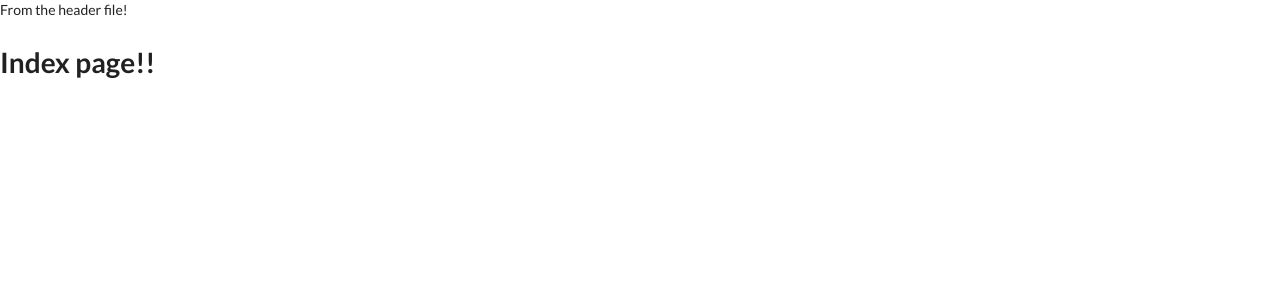
Repository: Nafeek30/WebProjects
Page: http://localhost/blogs
The author's editor kept a record of every edit. The page is drawn from the files as they stood at one moment, then again after the next edit.
The browser window is 1280 px wide. The pictures show the whole page.
The page is served by the project's Node server (RESTfulBlogApp/app.js). Queries for data that is not in the repository find no rows.

Above is the page before.

### Cloud 9 projects/RESTfulBlogApp/views/index.ejs
<!--Page that shows all the blog posts -->

<% include ./partials/header %>

<h1>Index page!!</h1>

<% blogs.forEach(function(blog){ %>
    <div>
        <h2><%=blog.title%></h2>
        <img src="<%= blog.image %>" >
        <span><%= blog.created.toDateString() %></span>
        <p><%= blog.body.substring(0, 100) %> ...</p> <!-- shows the first 100 char in the description on the home page; click read more to see whole post -->
        <a href="/blogs/<%= blog._id %>">Read More</a>
    </div>
<% }); %>


<% include ./partials/footer %>

### Cloud 9 projects/RESTfulBlogApp/views/partials/header.ejs
<html>
    <head>
        <title>Blog App</title>
        <link rel="stylesheet" type="text/css" href="https://cdnjs.cloudflare.com/ajax/libs/semantic-ui/2.4.1/semantic.min.css">
    </head>
    <body>
        <p>From the header file!</p>

### Cloud 9 projects/RESTfulBlogApp/app.js
var express = require("express"),
bodyParser = require("body-parser"),
methodOverride = require("method-override"), //using method override to override for put and delete requests
mongoose = require("mongoose"),
app = express();

// APP CONFIG
mongoose.connect("mongodb://localhost:27017/restful_blog_app", { useNewUrlParser: true });
app.set("view engine", "ejs");
app.use(express.static("public")); //so we can serve our custom stylesheet when we get to that
app.use(bodyParser.urlencoded({extended: true}));
app.use(methodOverride("_method")); //tell our program to use method override and look for the _method keyword in queries to do its work


// MONGOOSE/MODEL/CONFIG
var blogSchema = new mongoose.Schema({
    // Our blog will have a title, image, body and a date
   title: String,
   image: String,
   body: String,
   created: {
       type: Date,
       default: Date.now
   } //created should be a date and the date should be when the blog was created (automatically gets it); can do this for any other attributes as well like image has a default imge if user didn't type anything in
});

var Blog = mongoose.model("Blog", blogSchema);

// Blog.create({
//   title: "Test Blog",
//   image: "https://images.hellogiggles.com/uploads/2016/10/24032646/minions-universal-pictures.jpg",
//   body: "Hello, this is a blog post!"
// });


// RESTFUL ROUTES

app.get("/", function(req, res) {
    res.redirect("/blogs");
});

//INDEX ROUTE - shows all blogs
app.get("/blogs", function(req, res){
   Blog.find({}, function(err, blogs){
       if(err){
           console.log("ERROR!")
       } else {
           res.render("index", {blogs: blogs});
       }
   }) ;
});

//NEW ROUTE - form to create new blog post
app.get("/blogs/new", function(req, res) {
    res.render("new");
});


//CREATE ROUTE - adds nnew blog to DB and redirects to /blogs page to show all blogs including the new one
app.post("/blogs", function(req, res){
   //create blog
   Blog.create(req.body.blog, function(err, newBlog){
      if(err){
          //reload the page
          res.render("new");
      } else {
          //then, redirect to the index
          res.redirect("/blogs");
      }
   });
});


//SHOW ROUTE - show more info about just one blog
app.get("/blogs/:id", function(req, res) {
    // how to get the id in the url right above
    Blog.findById(req.params.id, function(err, foundBlog){
       if(err) {
           res.redirect("/blogs");
       } else {
           res.render("show", {blog: foundBlog});
       }
    });
});

//EDIT ROUTE - show edit form for one blog
app.get("/blogs/:id/edit", function(req, res) {
    //find the blog to edit by its id and load its already existing contents in the for to edit
    Blog.findById(req.params.id, function(err, foundBlog){
       if(err){
           res.redirect("/blogs");
       } else {
           res.render("edit", {blog: foundBlog});
       }
    });
});


//UPDATE ROUTE - updates a particular blog then redirects to SHOW page to show that blog
app.put("/blogs/:id", function(req, res){
//find the blog that the user selected and update it - takes 3 params - id, newData (here blog becasue it has all the contents of the blog), callback function
   Blog.findByIdAndUpdate(req.params.id, req.body.blog, function(err, updatedBlog){
       if(err) {
           res.render("/blogs");
       } else {
           res.redirect("/blogs/" + req.params.id); //takes you to the show page of the id
       }
   });
});

//DELETE ROUTE - deletes the selected blog then redirects to INDEX page to display all blogs remaining
app.delete("/blogs/:id", function(req, res){
   //destroy blog
   Blog.findByIdAndRemove(req.params.id, function(err){
      if(err) {
          res.redirect("/blogs");
      } else {
          res.redirect("/blogs");
      }
   });
   //redirect somewhere
});


app.listen(process.env.PORT, process.env.IP, function(){
   console.log("SERVER IS RUNNING");
});

Loaded but not shown: Cloud 9 projects/RESTfulBlogApp/views/partials/footer.ejs (common file)

After the next edit:
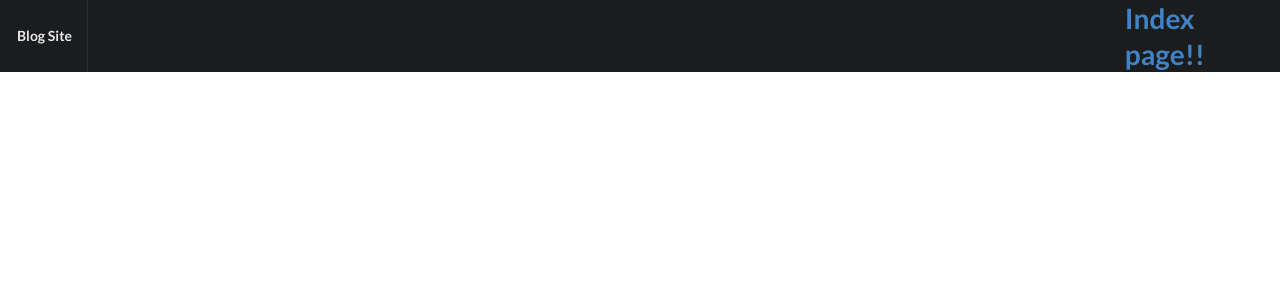
The edit:
--- a/Cloud 9 projects/RESTfulBlogApp/views/partials/header.ejs
+++ b/Cloud 9 projects/RESTfulBlogApp/views/partials/header.ejs
@@ -4,4 +4,9 @@
         <link rel="stylesheet" type="text/css" href="https://cdnjs.cloudflare.com/ajax/libs/semantic-ui/2.4.1/semantic.min.css">
     </head>
     <body>
-        <p>From the header file!</p>
+        <div class="ui fixed inverted menu">
+            <div class="ui container">
+                <div class="header item">Blog Site</div>
+            </div>
+            <a href="/" class
+        </div>
